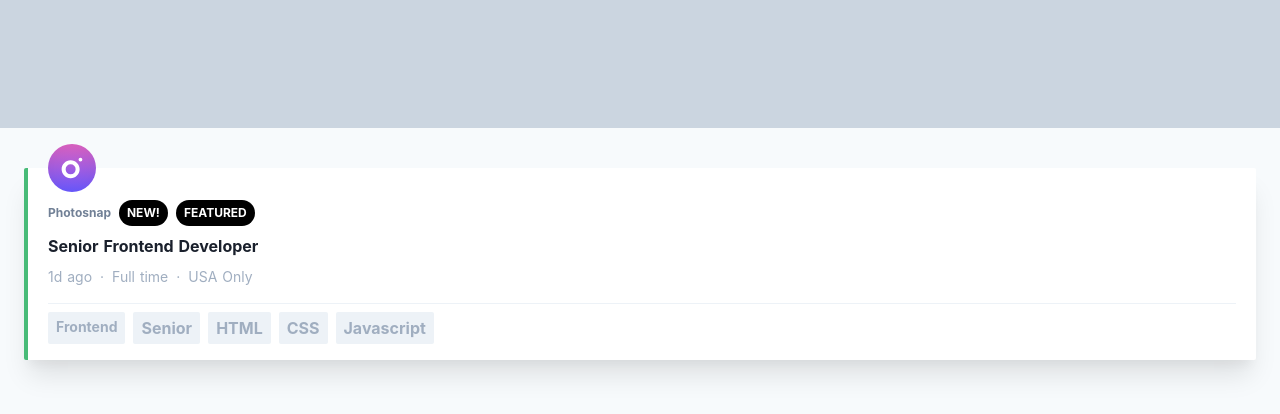
Repository: asongdon/frontendmentor-joblisting
Page: /
An editor plug-in stored every save of this project. The page is shown before and after the next save, followed by the edit.
The browser window is 1280 px wide. The pictures show the whole page.
The project was rebuilt for these pictures with package versions that can differ from the ones it lists, and the page was loaded fresh each time. The framework's server and built-in components were replaced by stand-ins that run in the browser. Also part of the build but not shown: nuxt.config.js.

Above is the page before, as saved 2020-04-12 21:01:24.

After the next save:
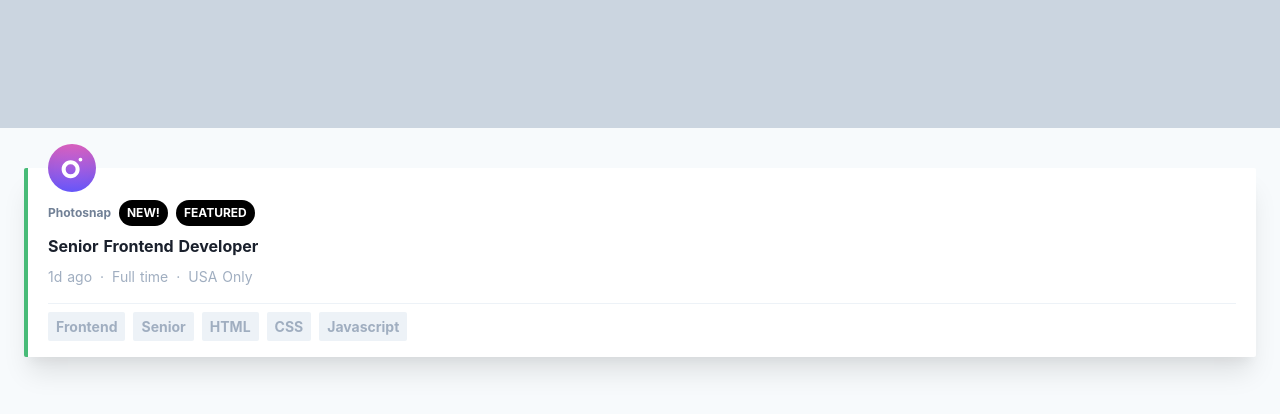
Saved 18 s later.
--- a/components/Maincard.vue
+++ b/components/Maincard.vue
@@ -1,6 +1,7 @@
 <template>
-    <div class="flex flex-col flex-no-wrap rounded-sm px-5 border-l-4 border-green-500 bg-white shadow-xl">
-
+  <div
+    class="flex flex-col flex-no-wrap rounded-sm px-5 border-l-4 border-green-500 bg-white shadow-xl"
+  >
     <div class="-mt-6 mb-2">
       <img class="w-12" src="~/assets/logos/faceit.svg" alt="" />
     </div>
@@ -30,14 +31,32 @@
     </div>
 
     <div class="mt-2 flex flex-wrap justify-start">
-      <div class="px-2 py-1 bg-gray-200 text-gray-500 rounded-sm font-bold mr-2 mb-4 text-sm">Frontend</div>
-      <div class="px-2 py-1 bg-gray-200 text-gray-500 rounded-sm font-bold mr-2 mb-4">Senior</div>
-      <div class="px-2 py-1 bg-gray-200 text-gray-500 rounded-sm font-bold mr-2 mb-4">HTML</div>
-      <div class="px-2 py-1 bg-gray-200 text-gray-500 rounded-sm font-bold mr-2 mb-4">CSS</div>
-      <div class="px-2 py-1 bg-gray-200 text-gray-500 rounded-sm font-bold mr-2 mb-4">Javascript</div>
-
+      <div
+        class="px-2 py-1 bg-gray-200 text-gray-500 rounded-sm font-bold mr-2 mb-4 text-sm"
+      >
+        Frontend
+      </div>
+      <div
+        class="px-2 py-1 bg-gray-200 text-gray-500 rounded-sm font-bold mr-2 mb-4 text-sm"
+      >
+        Senior
+      </div>
+      <div
+        class="px-2 py-1 bg-gray-200 text-gray-500 rounded-sm font-bold mr-2 mb-4  text-sm"
+      >
+        HTML
+      </div>
+      <div
+        class="px-2 py-1 bg-gray-200 text-gray-500 rounded-sm font-bold mr-2 mb-4  text-sm"
+      >
+        CSS
+      </div>
+      <div
+        class="px-2 py-1 bg-gray-200 text-gray-500 rounded-sm font-bold mr-2 mb-4  text-sm"
+      >
+        Javascript
+      </div>
     </div>
-
   </div>
 </template>
 
